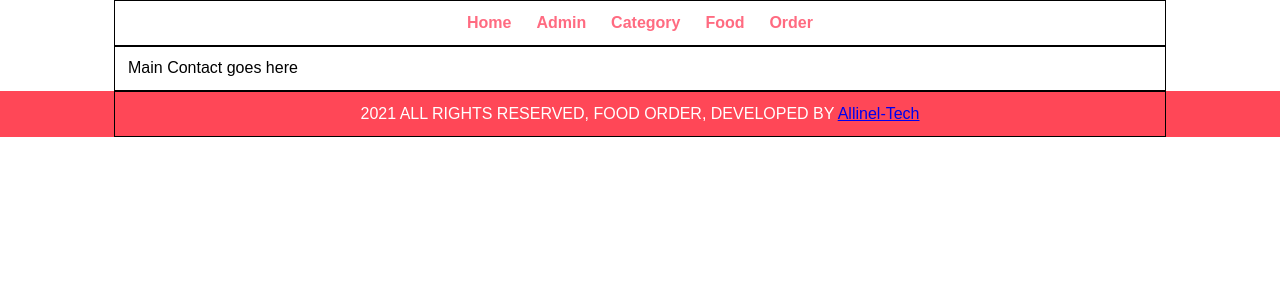
Repository: yazshrilld/food_order
Page: http://localhost/admin/index.php
An editor plug-in stored every save of this project. The page is shown before and after a run of saves, followed by the edit.
The browser window is 1280 px wide. The pictures show the whole page.
The page is run by PHP 8.4 with error messages shown; the project is at /var/www/html/.

Above is the page before, as saved 2021-01-24 16:26:03.

### admin/index.php
    <html>
    <head>
        <title>Food Order Website - Home Page</title>
        <link rel="stylesheet" href="../css/admin.css">
    </head>
    <body>
        <!-- Menu Section Starts -->
            <div class="menu text-center">
                <div class="wrapper">
                    <ul>
                        <li><a href="">Home</a></li>
                        <li><a href="">Admin</a></li>
                        <li><a href="">Category</a></li>
                        <li><a href="">Food</a></li>
                        <li><a href="">Order</a></li>
                    </ul>
                </div>
            </div>
        <!-- Menu Section Ends -->

        <!-- Main Content Section Starts -->
            <div class="main-content">
                <div class="wrapper">
                    Main Contact goes here
                </div>
            </div>
        <!-- Main Content Section Ends -->

        <!-- Footer Section Starts -->
            <div class="footer">
                <div class="wrapper">
                    <p class="text-center">2021 ALL RIGHTS RESERVED, FOOD ORDER, DEVELOPED BY <a href="#">Allinel-Tech</a></p>
                </div>
            </div>
        <!-- Footer Section Ends -->

    </body>
</html>

### css/admin.css
/*
    Author: Musa Yazid
    Theme: Food Order Website Admin
    Version: 1.0
*/

* {
    margin: 0;
    padding: 0;
    font-family: Arial, Helvetica, sans-serif;
}

.wrapper {
    border: 1px solid black;
    padding: 1%;
    width: 80%;
    margin: 0 auto;
}

.text-center {
    text-align: center;
}
/* CSS for Menu */
.menu ul {
    list-style-type: none;
}
.menu ul li {
    display: inline;
    padding: 1%;
}
.menu ul li a {
    text-decoration: none;
    font-weight: bold;
    color: #ff6b81;
}
.menu ul li a:hover {

    color: #ff4757;
}

/* CSS for main-content */



/* CSS for footer */
.footer {
    background-color: #ff4757;
    color: white;
}

After the next 2 saves:
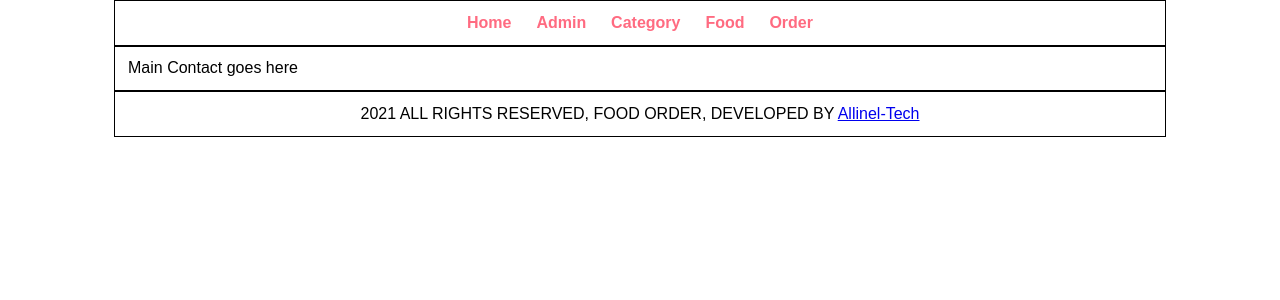
The 2 saves are shown as one change because they came seconds apart.
The last was saved 14 s later.
--- a/css/admin.css
+++ b/css/admin.css
@@ -40,7 +40,7 @@
 
 /* CSS for main-content */
 
-
+.main
 
 /* CSS for footer */
 .footer {
